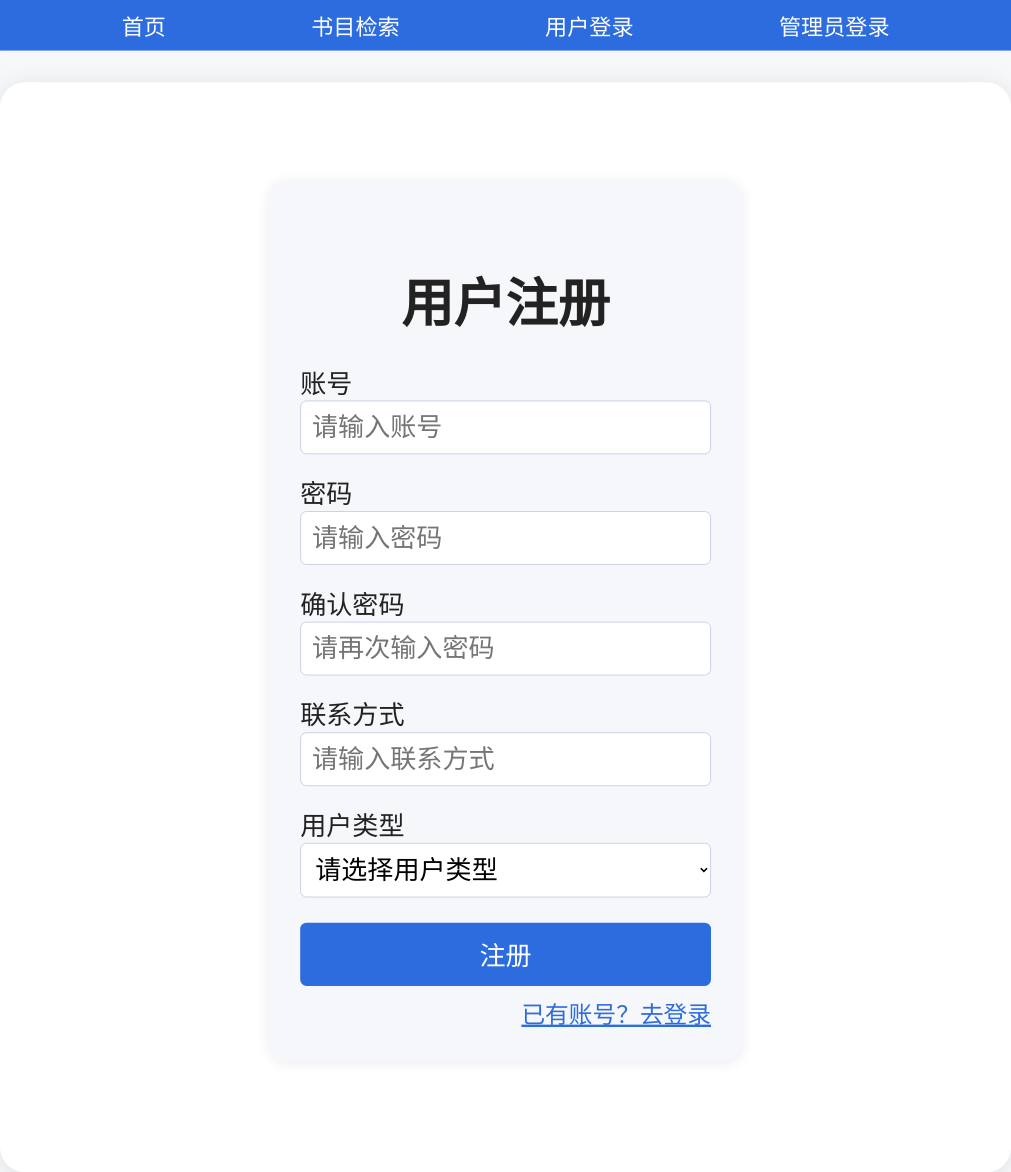
Repository: MercuryRandom/Library-Resource-Management-System
Page: /register (app in frontend/)
These files come from the project's save history. The page is drawn as it stood at one moment and after the next save; the edit follows.
The browser window is 1280 px wide. The pictures show the whole page, at 79% of full size.
Backgrounds fixed to the window are drawn as part of the page. The project was rebuilt for these pictures with package versions that can differ from the ones it lists, and the page was loaded fresh each time. Also part of the build but not shown: frontend/vite.config.js, frontend/src/pages/HomePage.jsx, frontend/src/pages/SearchPage.jsx, frontend/src/pages/LoginPage.jsx, frontend/src/pages/AdminLoginPage.jsx, frontend/src/pages/AdminPage.jsx, frontend/src/pages/admin/ReaderManagementPage.jsx, frontend/src/pages/admin/BookManagementPage.jsx and 1 more.

Above is the page before, as saved 2025-06-25 20:40:44.

### frontend/index.html
<!DOCTYPE html>
<html lang="zh-CN">

<head>
  <meta charset="UTF-8" />
  <link rel="icon" type="image/svg+xml" href="/vite.svg" />
  <meta name="viewport" content="width=device-width, initial-scale=1.0" />
  <title>图书管理系统</title>
</head>

<body>
  <div id="root"></div>
  <script type="module" src="/src/main.jsx"></script>
</body>

</html>

### frontend/src/App.jsx
import { BrowserRouter as Router, Routes, Route, useNavigate } from 'react-router-dom';
import MainLayout from './layout/MainLayout';
import HomePage from './pages/HomePage';
import SearchPage from './pages/SearchPage';
import LoginPage from './pages/LoginPage';
import RegisterPage from './pages/RegisterPage';
import UserLibraryPage from './pages/UserLibraryPage';
import AdminLoginPage from './pages/AdminLoginPage';
import AdminPage from './pages/AdminPage';
import ReaderManagementPage from './pages/admin/ReaderManagementPage';
import BookManagementPage from './pages/admin/BookManagementPage';
import BorrowManagementPage from './pages/admin/BorrowManagementPage';
import './App.css';

function App() {
  return (
    <Router>
      <Routes>
        <Route path="/" element={<MainLayout />}>
          <Route index element={<HomePage />} />
          <Route path="search" element={<SearchPage />} />
          <Route path="login" element={<LoginPage />} />
          <Route path="register" element={<RegisterPage />} />
          <Route path="library" element={<UserLibraryPage />} />
          <Route path="admin-login" element={<AdminLoginPage />} />
          <Route path="admin" element={<AdminPage />}>
            <Route path="readers" element={<ReaderManagementPage />} />
            <Route path="books" element={<BookManagementPage />} />
            <Route path="borrowing" element={<BorrowManagementPage />} />
          </Route>
        </Route>
      </Routes>
    </Router>
  );
}

export default App;

### frontend/src/layout/MainLayout.jsx
import React from 'react';
import { Outlet, NavLink } from 'react-router-dom';

const MainLayout = () => {
  return (
    <div>
      <nav>
        <ul>
          <li>
            <NavLink to="/" end className={({ isActive }) => isActive ? 'active' : ''}>首页</NavLink>
          </li>
          <li>
            <NavLink to="/search" className={({ isActive }) => isActive ? 'active' : ''}>书目检索</NavLink>
          </li>
          <li>
            <NavLink to="/login" className={({ isActive }) => isActive ? 'active' : ''}>用户登录</NavLink>
          </li>
          <li>
            <NavLink to="/admin-login" className={({ isActive }) => isActive ? 'active' : ''}>管理员登录</NavLink>
          </li>
        </ul>
      </nav>
      <hr style={{ border: 'none', margin: 0 }} />
      <main>
        <Outlet />
      </main>
    </div>
  );
};

export default MainLayout;

### frontend/src/pages/RegisterPage.jsx
import React, { useState } from 'react';
import { useNavigate } from 'react-router-dom';

const RegisterPage = () => {
  const [username, setUsername] = useState('');
  const [password, setPassword] = useState('');
  const [confirm, setConfirm] = useState('');
  const [contact, setContact] = useState('');
  const [userType, setUserType] = useState('');
  const [error, setError] = useState('');
  const navigate = useNavigate();

  const handleRegister = (e) => {
    e.preventDefault();
    if (!username || !password || !confirm || !contact || !userType) {
      setError('请填写所有信息');
      return;
    }
    if (password !== confirm) {
      setError('两次输入的密码不一致');
      return;
    }
    setError('');
    alert('注册成功，请登录！');
    navigate('/login');
  };

  return (
    <div className="form-card">
      <h2>用户注册</h2>
      <form onSubmit={handleRegister}>
        <label htmlFor="username">账号</label>
        <input
          type="text"
          id="username"
          value={username}
          onChange={(e) => setUsername(e.target.value)}
          placeholder="请输入账号"
        />
        <label htmlFor="password">密码</label>
        <input
          type="password"
          id="password"
          value={password}
          onChange={(e) => setPassword(e.target.value)}
          placeholder="请输入密码"
        />
        <label htmlFor="confirm">确认密码</label>
        <input
          type="password"
          id="confirm"
          value={confirm}
          onChange={(e) => setConfirm(e.target.value)}
          placeholder="请再次输入密码"
        />
        <label htmlFor="contact">联系方式</label>
        <input
          type="text"
          id="contact"
          value={contact}
          onChange={(e) => setContact(e.target.value)}
          placeholder="请输入联系方式"
        />
        <label htmlFor="userType">用户类型</label>
        <select
          id="userType"
          value={userType}
          onChange={e => setUserType(e.target.value)}
          style={{ width: '100%', padding: '14px', fontSize: '1.1em', border: '1px solid #bfc8e0', borderRadius: '8px', marginBottom: '24px', background: '#fff' }}
        >
          <option value="">请选择用户类型</option>
          <option value="学生">学生</option>
          <option value="教职工">教职工</option>
        </select>
        {error && <div style={{ color: 'red', marginBottom: 12 }}>{error}</div>}
        <button type="submit">注册</button>
      </form>
      <span className="form-link" onClick={() => navigate('/login')}>已有账号？去登录</span>
    </div>
  );
};

export default RegisterPage;

### frontend/src/pages/UserLibraryPage.jsx
import React, { useState } from 'react';

const features = [
  { key: 'history', title: '借阅历史查询', desc: '查看我的借阅记录和归还情况', icon: '📖' },
  { key: 'borrow', title: '图书借阅', desc: '在线借阅图书，方便快捷', icon: '📚' },
  { key: 'return', title: '图书归还', desc: '归还已借阅的图书', icon: '🔄' },
  { key: 'reserve', title: '预约借书', desc: '提前预约心仪的图书', icon: '📝' },
];

const featureContent = {
  history: <div style={{ fontSize: 24, marginTop: 24 }}>这里显示借阅历史（示例内容）。</div>,
  borrow: <div style={{ fontSize: 24, marginTop: 24 }}>这里是图书借阅功能（示例内容）。</div>,
  return: <div style={{ fontSize: 24, marginTop: 24 }}>这里是图书归还功能（示例内容）。</div>,
  reserve: <div style={{ fontSize: 24, marginTop: 24 }}>这里是预约借书功能（示例内容）。</div>,
};

const UserLibraryPage = () => {
  const [selected, setSelected] = useState('history');
  return (
    <div>
      <h2 style={{ fontSize: 44, marginBottom: 36, textAlign: 'center' }}>我的图书馆</h2>
      <div style={{ display: 'flex', justifyContent: 'space-between', gap: 40, marginBottom: 40 }}>
        {features.map(f => (
          <FeatureCard key={f.key} {...f} selected={selected === f.key} onClick={() => setSelected(f.key)} />
        ))}
      </div>
      <div>{featureContent[selected]}</div>
    </div>
  );
};

const FeatureCard = ({ title, desc, icon, selected, onClick }) => (
  <div
    className="card-hover"
    style={{
      flex: 1,
      background: selected ? '#e3eafc' : '#f5f7fb',
      borderRadius: 18,
      boxShadow: '0 2px 12px rgba(0,0,0,0.04)',
      padding: '48px 18px',
      textAlign: 'center',
      minWidth: 180,
      cursor: 'pointer',
      fontSize: 28,
      border: selected ? '2.5px solid #2d6cdf' : '2.5px solid transparent',
      fontWeight: 600,
      transition: 'all 0.2s',
    }}
    onClick={onClick}
  >
    <div style={{ fontSize: 60, marginBottom: 22 }}>{icon}</div>
    <div style={{ fontSize: 30, fontWeight: 700, marginBottom: 16 }}>{title}</div>
    <div style={{ color: '#666', fontSize: 22 }}>{desc}</div>
  </div>
);

export default UserLibraryPage;

### frontend/src/App.css
body {
  margin: 0;
  padding: 0;
  font-family: 'Segoe UI', 'Arial', sans-serif;
  background: #f7f8fa;
  color: #222;
  font-size: 24px;
}

#root {
  min-height: 100vh;
  display: flex;
  flex-direction: column;
}

nav {
  background: #2d6cdf;
  padding: 0 0;
  box-shadow: 0 2px 8px rgba(0, 0, 0, 0.04);
}

nav ul {
  display: flex;
  justify-content: center;
  align-items: center;
  margin: 0;
  padding: 0;
  list-style: none;
  height: 64px;
}

nav ul li {
  margin: 0 60px;
}

nav ul li a {
  color: #fff;
  text-decoration: none;
  font-size: 28px;
  font-weight: 500;
  padding: 14px 32px;
  border-radius: 8px;
  transition: background 0.2s;
}

nav ul li a:hover,
nav ul li a.active {
  background: #174ea6;
}

main {
  flex: 1;
  max-width: 1600px;
  margin: 40px auto 0 auto;
  background: #fff;
  border-radius: 32px;
  box-shadow: 0 4px 32px rgba(0, 0, 0, 0.10);
  padding: 64px 80px 80px 80px;
  font-size: 1.25em;
}

/* 登录/注册卡片样式 */
.form-card {
  max-width: 520px;
  margin: 60px auto;
  padding: 48px 40px 40px 40px;
  background: #f5f7fb;
  border-radius: 24px;
  box-shadow: 0 2px 16px rgba(0, 0, 0, 0.08);
}

.form-card h2 {
  text-align: center;
  margin-bottom: 32px;
  font-size: 2.2em;
}

.form-card label {
  font-size: 1.1em;
  margin-bottom: 8px;
}

.form-card input {
  width: 100%;
  padding: 14px;
  font-size: 1.1em;
  border: 1px solid #bfc8e0;
  border-radius: 8px;
  margin-bottom: 24px;
  background: #fff;
  box-sizing: border-box;
}

.form-card button {
  width: 100%;
  padding: 16px;
  font-size: 1.1em;
  background: #2d6cdf;
  color: #fff;
  border: none;
  border-radius: 8px;
  margin-top: 8px;
  cursor: pointer;
  transition: background 0.2s;
}

.form-card button:hover {
  background: #174ea6;
}

.form-card .form-link {
  display: block;
  text-align: right;
  margin-top: 12px;
  color: #2d6cdf;
  text-decoration: underline;
  cursor: pointer;
  font-size: 1em;
}

@media (max-width: 900px) {
  main {
    max-width: 98vw;
    padding: 16px 2vw;
  }

  nav ul li {
    margin: 0 10px;
  }

  nav ul li a {
    font-size: 18px;
    padding: 8px 10px;
  }

  .form-card {
    padding: 24px 8px 24px 8px;
  }
}

.logo {
  height: 6em;
  padding: 1.5em;
  will-change: filter;
  transition: filter 300ms;
}

.logo:hover {
  filter: drop-shadow(0 0 2em #646cffaa);
}

.logo.react:hover {
  filter: drop-shadow(0 0 2em #61dafbaa);
}

@keyframes logo-spin {
  from {
    transform: rotate(0deg);
  }

  to {
    transform: rotate(360deg);
  }
}

@media (prefers-reduced-motion: no-preference) {
  a:nth-of-type(2) .logo {
    animation: logo-spin infinite 20s linear;
  }
}

.card {
  padding: 2em;
}

.read-the-docs {
  color: #888;
}

.card-hover {
  transition: box-shadow 0.25s, transform 0.25s;
  box-shadow: 0 2px 12px rgba(0, 0, 0, 0.04);
}

.card-hover:hover {
  box-shadow: 0 8px 32px rgba(45, 108, 223, 0.18);
  transform: translateY(-10px) scale(1.03);
  z-index: 2;
}

Loaded but not shown: frontend/src/main.jsx (common file)

After the next save:
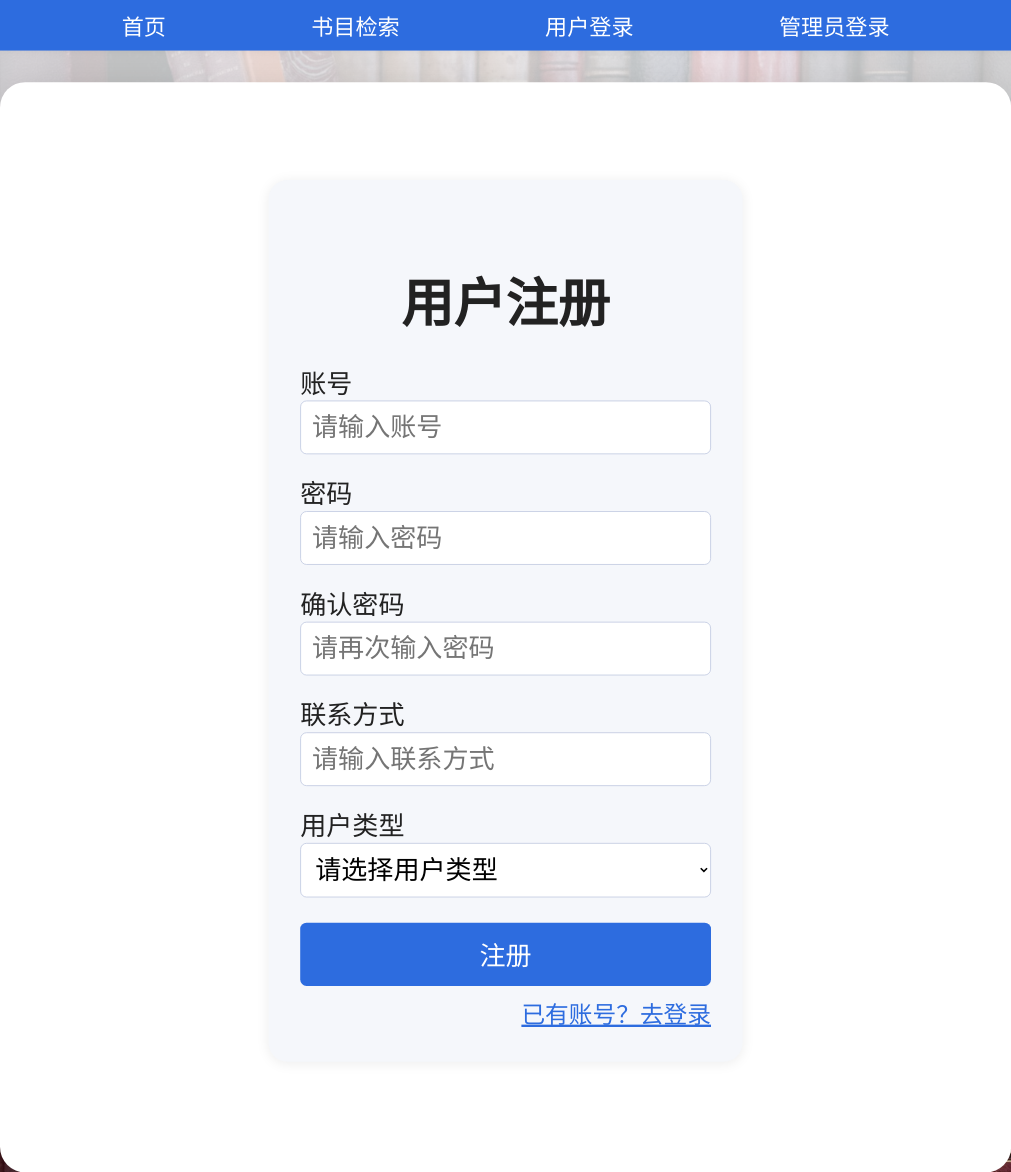
Saved 38 min 38 s later.
--- a/frontend/src/App.css
+++ b/frontend/src/App.css
@@ -2,15 +2,32 @@ body {
   margin: 0;
   padding: 0;
   font-family: 'Segoe UI', 'Arial', sans-serif;
-  background: #f7f8fa;
+  background: url('/image.png') no-repeat center center fixed;
+  background-size: cover;
   color: #222;
   font-size: 24px;
+  position: relative;
+}
+
+body::before {
+  content: '';
+  position: fixed;
+  left: 0;
+  top: 0;
+  right: 0;
+  bottom: 0;
+  background: rgba(255, 255, 255, 0.75);
+  /* 可调整透明度和颜色 */
+  z-index: 0;
+  pointer-events: none;
 }
 
 #root {
   min-height: 100vh;
   display: flex;
   flex-direction: column;
+  position: relative;
+  z-index: 1;
 }
 
 nav {
@@ -57,6 +74,8 @@ main {
   box-shadow: 0 4px 32px rgba(0, 0, 0, 0.10);
   padding: 64px 80px 80px 80px;
   font-size: 1.25em;
+  position: relative;
+  z-index: 2;
 }
 
 /* 登录/注册卡片样式 */
